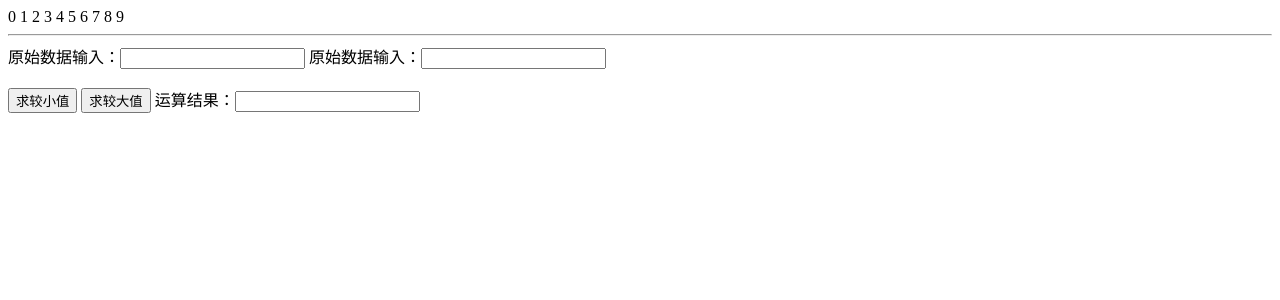
Repository: 1325718308/-
Page: js-demo/demo4.html
The author's editor kept a copy of each file at every save. The page is drawn from the files as they stood at one save, then again after a run of saves.
The browser window is 1280 px wide. The pictures show the whole page.

Above is the page before, as saved 2019-05-05 16:09:33.

After the next 2 saves:
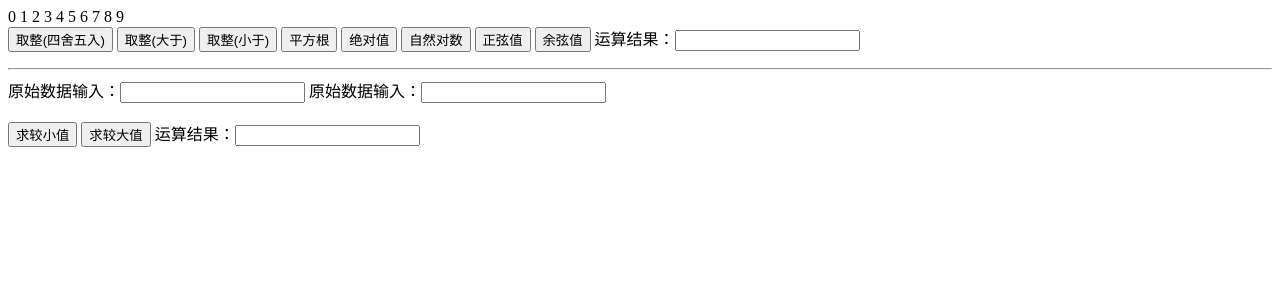
The 2 saves are shown as one change because they came seconds apart.
The last was saved 62 s later.
--- a/js-demo/demo4.html
+++ b/js-demo/demo4.html
@@ -27,6 +27,19 @@
             myArr[j]()
         }
     </script>
+    <form name="f1" action="" method="post">
+        <input id="1" type="button" name="QuZheng" value="取整(四舍五入)" onclick="javascript:start(1)" />
+        <input id="2" type="button" value="取整(大于)" onclick="javascript:start(2)" />
+        <input id="3" type="button" value="取整(小于)" onclick="javascript:start(3)" />
+        <input id="4" type="button" value="平方根" onclick="javascript:start(4)" />
+        <input id="5" type="button" value="绝对值" onclick="javascript:start(5)" />
+
+        <input id="6" type="button" value="自然对数" onclick="javascript:start(6)" />
+        <input id="7" type="button" value="正弦值" onclick="javascript:start(7)" />
+        <input id="8" type="button" value="余弦值" onclick="javascript:start(8)" />
+        运算结果：<input type="text" id="dh2" value=" " />
+    </form>
+
     <form name="f2" action="" method="post">
         <hr>
         原始数据输入：<input type="text" id="dh3" value="" />
